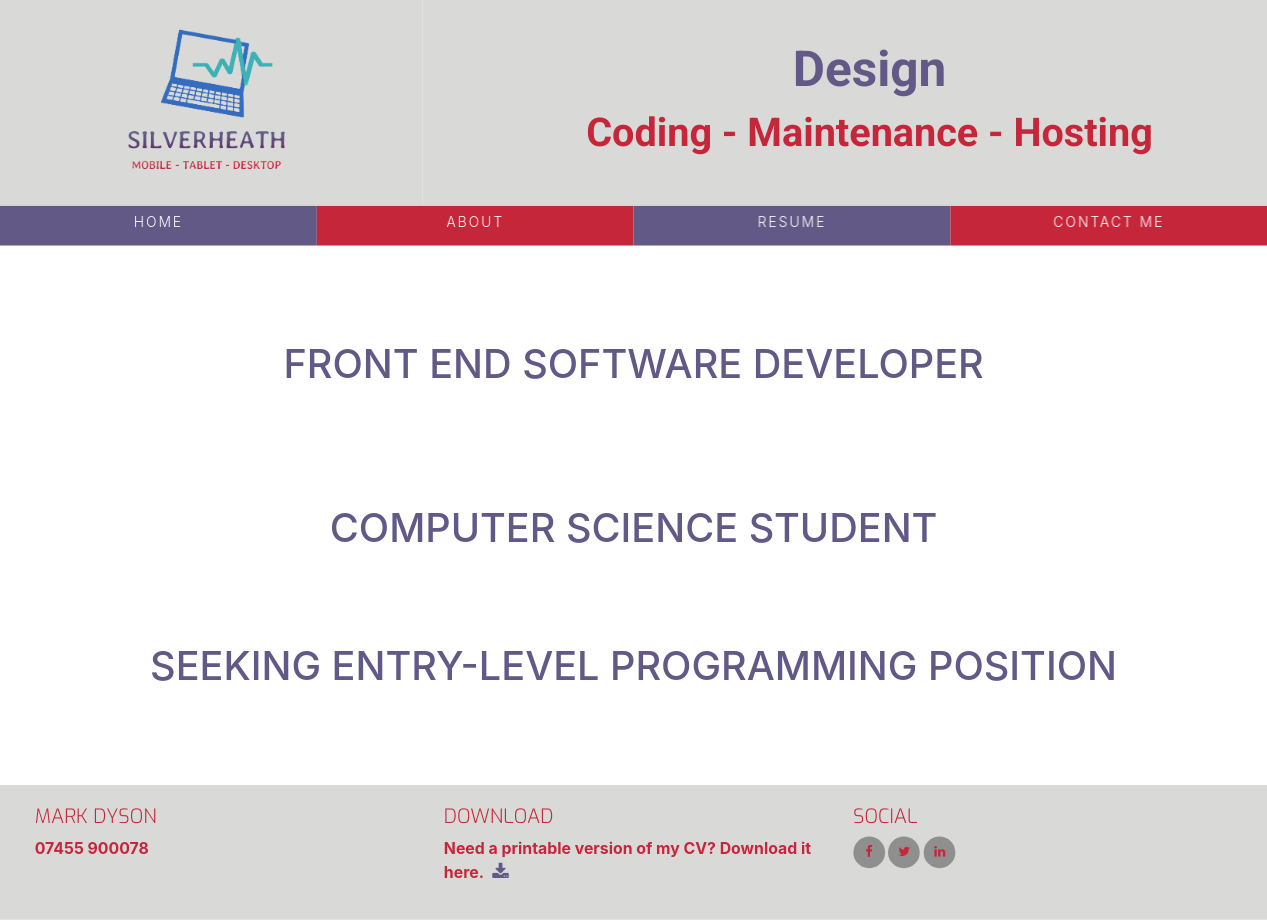
Repository: Code-Institute-Submissions/silverheath
Page: index.html
The author's editor kept a record of every edit. The page is drawn from the files as they stood at one moment, then again after the next edit.
The browser window is 1280 px wide. The pictures show the whole page, at 99% of full size.
Some web libraries are served in a nearby version.

Above is the page before.

After the next edit:
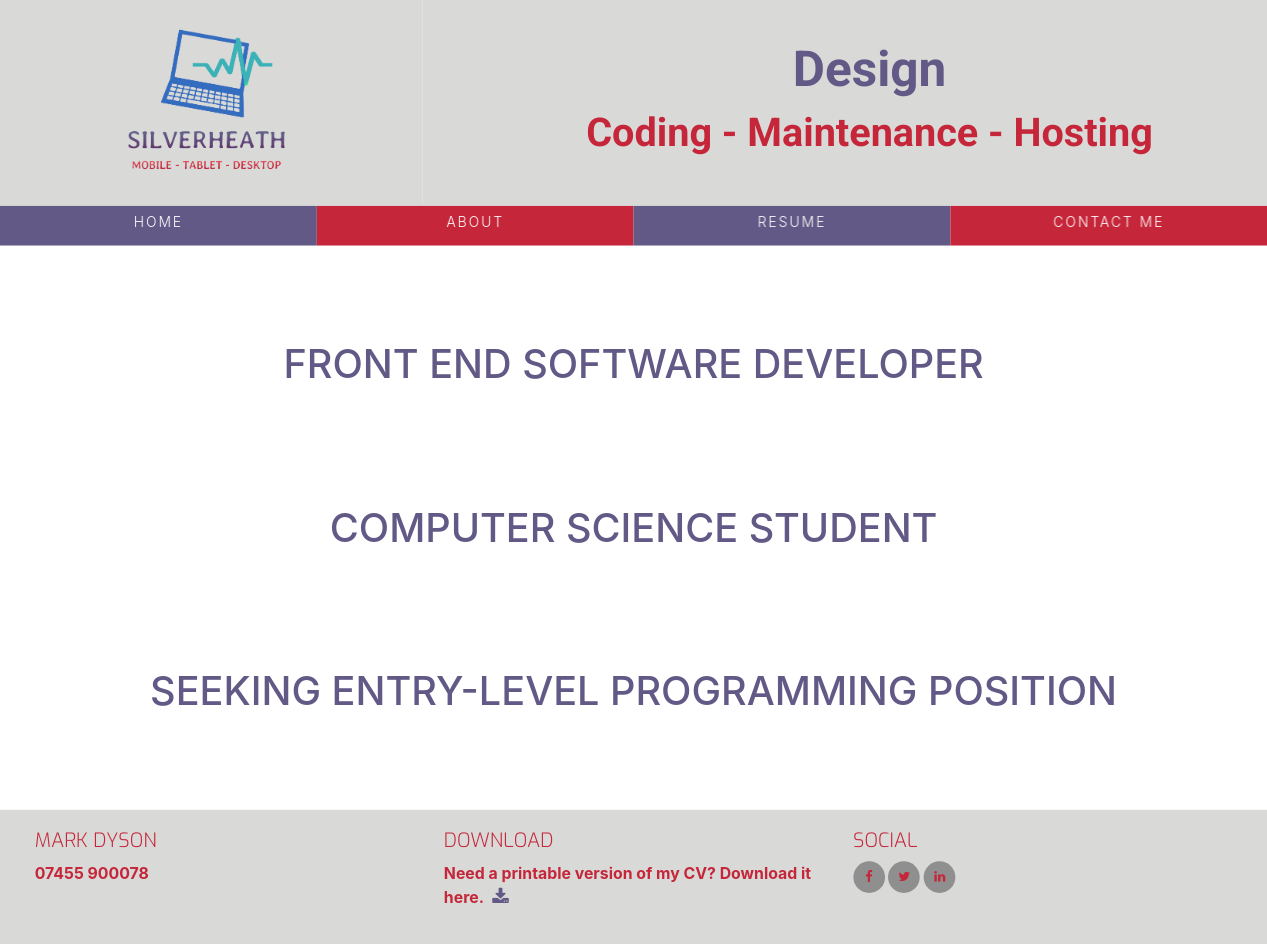
The edit:
--- a/assets/css/style.css
+++ b/assets/css/style.css
@@ -222,7 +222,7 @@
 .middleline {
     padding-top: 30px;
     padding-bottom: 30px;
-    margin-bottom: 50;
+    margin-bottom: 25px;
     margin-left: 200;
     text-align: center;
     font-size: 40px;
